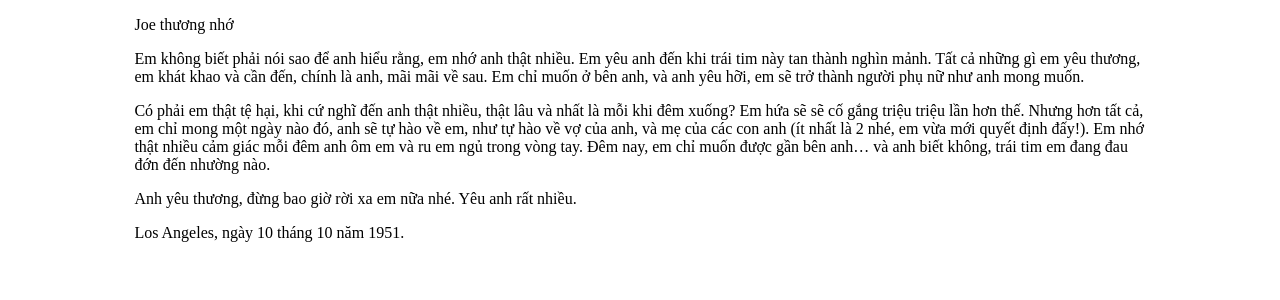
Repository: tungts3qb/BTCodeGym
Page: letter.html
An editor plug-in stored every save of this project. The page is shown before and after the next save, followed by the edit.
The browser window is 1280 px wide. The pictures show the whole page.

Above is the page before, as saved 2022-12-19 15:53:37.

### letter.html
<!DOCTYPE html>
<html lang="en">
<head>
    <meta charset="UTF-8">
    <meta http-equiv="X-UA-Compatible" content="IE=edge">
    <meta name="viewport" content="width=device-width, initial-scale=1.0">
    <title>[Bài tập] Chương trình in nội dung bức thư</title>
</head>
<body>
    <style>
        #letter{
            width: 80%;
            margin: 0 auto;
        }
    </style>
    <div id="letter">
        <p>Joe thương nhớ</p>
        <p>
            Em không biết phải nói sao để anh hiểu rằng, em nhớ anh thật nhiều. Em yêu anh đến khi trái tim này tan thành nghìn
            mảnh. Tất cả những gì em yêu thương, em khát khao và cần đến, chính là anh, mãi mãi về sau. Em chỉ muốn ở bên anh, và
            anh yêu hỡi, em sẽ trở thành người phụ nữ như anh mong muốn.
        </p>
        <p>
            Có phải em thật tệ hại, khi cứ nghĩ đến anh thật nhiều, thật lâu và nhất là mỗi khi đêm xuống? Em hứa sẽ sẽ cố gắng
            triệu triệu lần hơn thế. Nhưng hơn tất cả, em chỉ mong một ngày nào đó, anh sẽ tự hào về em, như tự hào về vợ của anh,
            và mẹ của các con anh (ít nhất là 2 nhé, em vừa mới quyết định đấy!). Em nhớ thật nhiều cảm giác mỗi đêm anh ôm em và ru
            em ngủ trong vòng tay. Đêm nay, em chỉ muốn được gần bên anh… và anh biết không, trái tim em đang đau đớn đến nhường
            nào.
        </p>
        <p>
            Anh yêu thương, đừng bao giờ rời xa em nữa nhé. Yêu anh rất nhiều.
        </p>
        <p>
            Los Angeles, ngày 10 tháng 10 năm 1951.
        </p>
    </div>
</body>
</html>

After the next save:
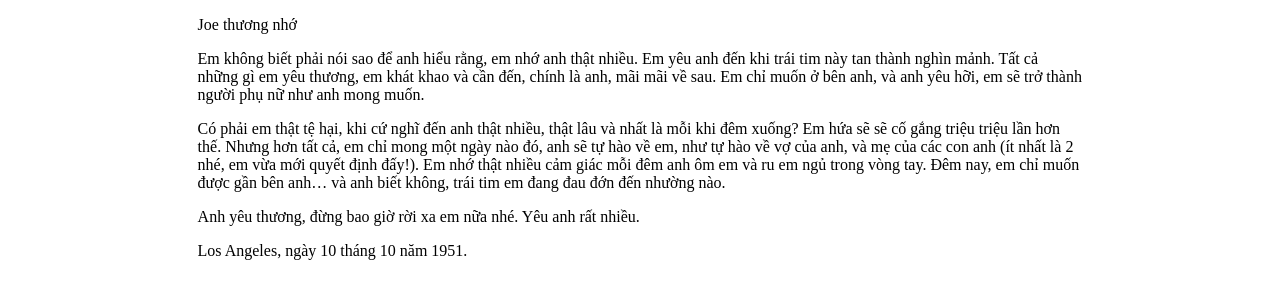
Saved 5 s later.
--- a/letter.html
+++ b/letter.html
@@ -9,7 +9,7 @@
 <body>
     <style>
         #letter{
-            width: 80%;
+            width: 70%;
             margin: 0 auto;
         }
     </style>
